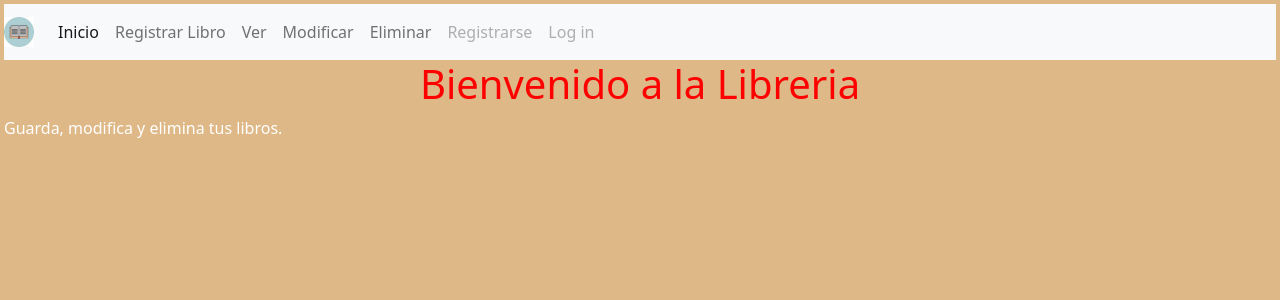
Repository: frnalonso/libreria
Page: src/main/resources/templates/index.html
An editor plug-in stored every save of this project. The page is shown before and after the next save, followed by the edit.
The browser window is 1280 px wide. The pictures show the whole page.

Above is the page before, as saved 2021-11-13 13:42:10.

### src/main/resources/templates/index.html

<!doctype html>
<html lang="en">
  <head>
    <!-- Required meta tags -->
    <meta charset="utf-8">
    <meta name="viewport" content="width=device-width, initial-scale=1">

    <!-- Bootstrap CSS -->
    <link href="https://cdn.jsdelivr.net/npm/bootstrap@5.1.3/dist/css/bootstrap.min.css" rel="stylesheet" integrity="sha384-1BmE4kWBq78iYhFldvKuhfTAU6auU8tT94WrHftjDbrCEXSU1oBoqyl2QvZ6jIW3" crossorigin="anonymous">
    <link rel="stylesheet" href="/css/index.css"/>
    <title>Inicio</title>

  </head>
  <body class="p-1 text-white">
    <nav class="navbar navbar-expand-lg navbar-light bg-light">
        <a class="navbar-brand" href="/" ><img src="/images/icono_libreria2.jpg" width="30px" alt=""></a>
        <button class="navbar-toggler" type="button" data-toggle="collapse" data-target="#navbarNavAltMarkup" aria-controls="navbarNavAltMarkup" aria-expanded="false" aria-label="Toggle navigation">
          <span class="navbar-toggler-icon"></span>
        </button>
        <div class="collapse navbar-collapse" id="navbarNavAltMarkup">
          <div class="navbar-nav">
            <a class="nav-item nav-link active" href="/">Inicio <span class="sr-only"></span></a>
            <a class="nav-item nav-link" href="/registro">Registrar Libro</a>
            <a class="nav-item nav-link" href="/mostrar">Ver</a>
            <a class="nav-item nav-link" href="/modificar/{id}">Modificar</a>
            <a class="nav-item nav-link" href="/eliminar">Eliminar</a>
            <a class="nav-item nav-link disabled" href="Log in">Registrarse</a>
            <a class="nav-item nav-link disabled" href="Log in">Log in</a>
          </div>
        </div>
      </nav>
    <h1>Bienvenido a la Libreria</h1>
    <p>Guarda, modifica y elimina tus libros.</p>
    <!-- Optional JavaScript; choose one of the two! -->

    <!-- Option 1: Bootstrap Bundle with Popper -->
    <script src="https://cdn.jsdelivr.net/npm/bootstrap@5.1.3/dist/js/bootstrap.bundle.min.js" integrity="sha384-ka7Sk0Gln4gmtz2MlQnikT1wXgYsOg+OMhuP+IlRH9sENBO0LRn5q+8nbTov4+1p" crossorigin="anonymous"></script>

    <!-- Option 2: Separate Popper and Bootstrap JS -->
    <!--
    <script src="https://cdn.jsdelivr.net/npm/@popperjs/core@2.10.2/dist/umd/popper.min.js" integrity="sha384-7+zCNj/IqJ95wo16oMtfsKbZ9ccEh31eOz1HGyDuCQ6wgnyJNSYdrPa03rtR1zdB" crossorigin="anonymous"></script>
    <script src="https://cdn.jsdelivr.net/npm/bootstrap@5.1.3/dist/js/bootstrap.min.js" integrity="sha384-QJHtvGhmr9XOIpI6YVutG+2QOK9T+ZnN4kzFN1RtK3zEFEIsxhlmWl5/YESvpZ13" crossorigin="anonymous"></script>
    -->
  </body>
</html>

### src/main/resources/static/css/index.css
body {
    background-color:burlywood;
}

h1 {
    color: red;
    text-align: center;
}

img {
    display:block;
    margin:auto;
}

After the next save:
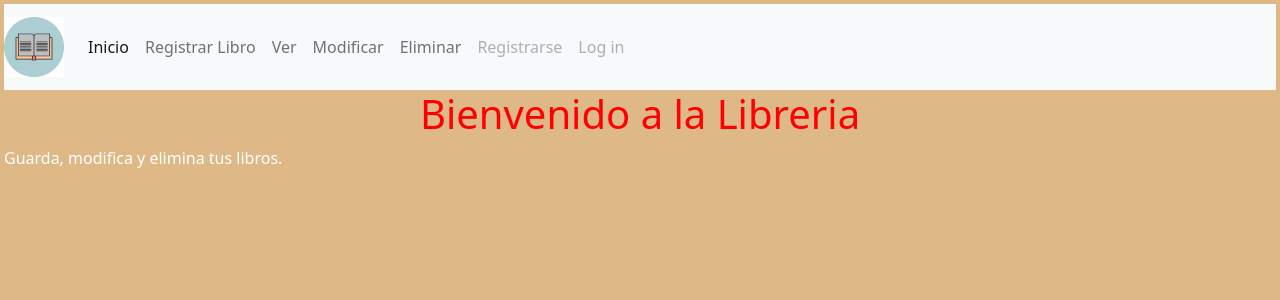
Saved 9 s later.
--- a/src/main/resources/templates/index.html
+++ b/src/main/resources/templates/index.html
@@ -14,7 +14,7 @@
   </head>
   <body class="p-1 text-white">
     <nav class="navbar navbar-expand-lg navbar-light bg-light">
-        <a class="navbar-brand" href="/" ><img src="/images/icono_libreria2.jpg" width="30px" alt=""></a>
+        <a class="navbar-brand" href="/" ><img src="/images/icono_libreria2.jpg" width="60px" alt=""></a>
         <button class="navbar-toggler" type="button" data-toggle="collapse" data-target="#navbarNavAltMarkup" aria-controls="navbarNavAltMarkup" aria-expanded="false" aria-label="Toggle navigation">
           <span class="navbar-toggler-icon"></span>
         </button>
